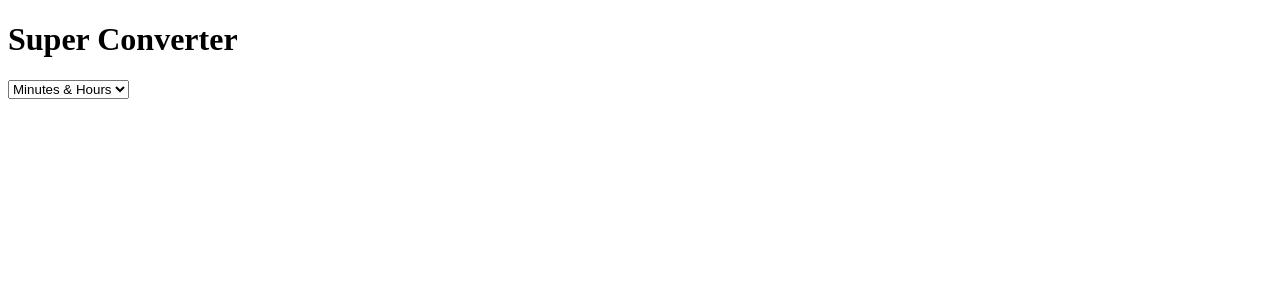
Repository: TaewookKwak/React
Page: index.html
These files come from the project's save history. The page is drawn as it stood at one moment and after a run of saves; the edit follows.
The browser window is 1280 px wide. The pictures show the whole page.

Above is the page before, as saved 2021-12-15 11:03:10.

### index.html
<!DOCTYPE html>
<html lang="en">
  <body>
    <div id="root"></div>
  </body>
  <script src="https://unpkg.com/react@17.0.2/umd/react.production.min.js"></script>
  <script src="https://unpkg.com/react-dom@17.0.2/umd/react-dom.production.min.js"></script>
  <script src="https://unpkg.com/@babel/standalone/babel.min.js"></script>
  <script type="text/babel">
    const root = document.querySelector("#root");
    function MinutesToHours() {
      const [amount, setAmount] = React.useState(0);
      const [flipped, setFlipped] = React.useState(true);
      const onChange = event => {
        setAmount(event.target.value);
      };
      const resetMinute = () => setAmount(0);
      const onFlip = () => setFlipped(current => !current);
      return (
        <div>
          <label htmlFor="minutes">Minutes</label>
          <input
            value={flipped ? amount : amount * 60}
            id="minutes"
            placeholder="Minutes"
            type="number"
            onChange={onChange}
            disabled={!flipped}
          />
          <br />
          <label htmlFor="hours">Hours</label>
          <input
            id="hours"
            placeholder="Hours"
            type="number"
            value={flipped ? Math.round(amount / 60) : amount}
            onChange={onChange}
            disabled={flipped}
          />
          <br />
          <button onClick={resetMinute}>Reset</button>
          <button onClick={onFlip}>{flipped ? "Invert" : "Turn back"}</button>
        </div>
      );
    }
    function KmToMiles() {}
    function App() {
      const [index, setIndex] = React.useState(0);
      const onSelect = event => {
        setIndex(event.target.value);
      };
      return (
        <div>
          <h1>Super Converter</h1>
          <select value={index} onChange={onSelect}>
            <option value="0">Minutes & Hours</option>
            <option value="1">Km & Miles</option>
          </select>
          {index === "0" ? <MinutesToHours /> : null}
        </div>
      );
    }

    ReactDOM.render(<App />, root);
  </script>
</html>

After the next 2 saves:
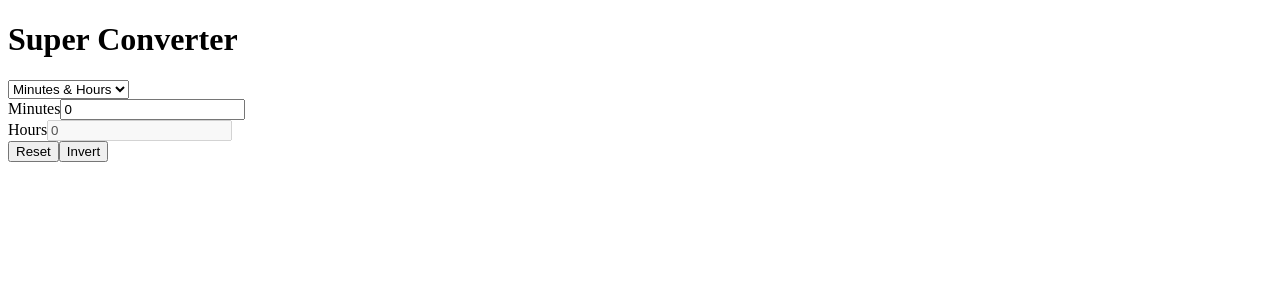
The 2 saves are shown as one change because they came seconds apart.
The last was saved 20 s later.
--- a/index.html
+++ b/index.html
@@ -45,7 +45,7 @@
     }
     function KmToMiles() {}
     function App() {
-      const [index, setIndex] = React.useState(0);
+      const [index, setIndex] = React.useState("0");
       const onSelect = event => {
         setIndex(event.target.value);
       };
